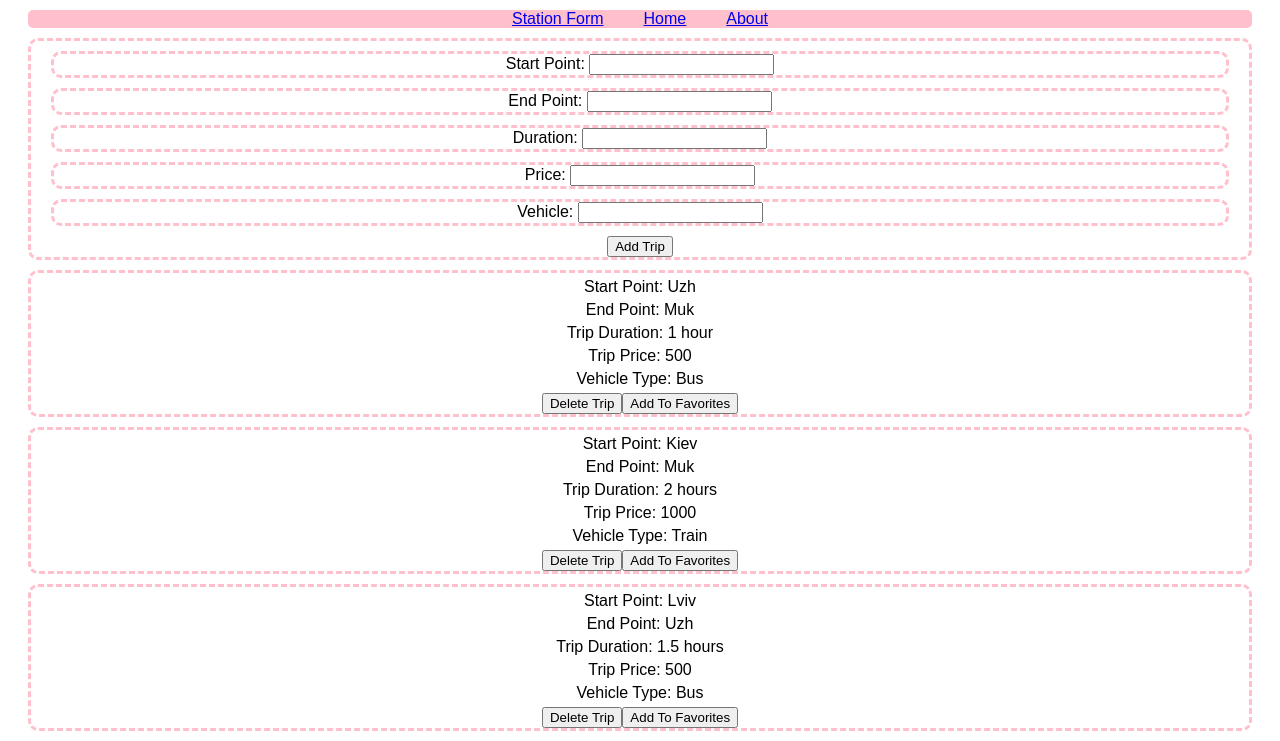
Repository: rutsguifd/mkr2
Page: /#/station-form
These files come from the project's save history. The page is drawn as it stood at one moment and after the next save; the edit follows.
The browser window is 1280 px wide. The pictures show the whole page.
The project was rebuilt for these pictures with package versions that can differ from the ones it lists, and the page was loaded fresh each time. Also part of the build but not shown: src/views/Home.vue, src/views/About.vue.

Above is the page before, as saved 2021-12-21 23:01:06.

### src/App.vue
<template>
  <div>
    <router-view />
  </div>
</template>

<script>
  export default {

  }
</script>

<style lang="scss" scoped>

</style>

### src/router/index.js
import { createRouter, createWebHashHistory } from 'vue-router'
import Home from '../views/Home.vue'
import About from '../views/About.vue'
import StationForm from '../views/StationForm.vue'


const routes = [
  {
    path: '/',
    name: 'Home',
    component: Home
  },
  {
    path: '/about',
    name: 'About',
    component: About
  },
  {
    path: '/station-form',
    name: 'StationForm',
    component: StationForm
  }
]

const router = createRouter({
  history: createWebHashHistory(),
  routes
})

export default router

### src/store/index.js
import { createStore } from 'vuex'

export default createStore({
  state: {
    tripInfo: [
      {
        id: 1,
        tripStart: "Uzh",
        tripEnd: "Muk",
        tripDuration: "1 hour",
        tripPrice: "500",
        vehicle: "Bus"
      },
      {
        id: 2,
        tripStart: "Kiev",
        tripEnd: "Muk",
        tripDuration: "2 hours",
        tripPrice: "1000",
        vehicle: "Train"
      },
      {
        id: 3,
        tripStart: "Lviv",
        tripEnd: "Uzh",
        tripDuration: "1.5 hours",
        tripPrice: "500",
        vehicle: "Bus"
      }
    ],
    favoriteTrips: []
  },
  mutations: {
    addTrip(state, trip) {
      state.tripInfo.push({
        tripStart: trip.start,
        tripEnd: trip.end,
        tripDuration: trip.dur,
        tripPrice: trip.price,
        vehicle: trip.veh
      })
    },
    deleteTrip(state, ind) {
      state.tripInfo.splice(ind, 1)
    },
    updateFavorites(state, fav) {
      state.favoriteTrips = fav
    }
  },
  actions: {
    addToFavorites(context, trip) {
      let fav = {
        id: trip.id,
        tripStart: trip.start,
        tripEnd: trip.end,
        tripDuration: trip.dur,
        tripPrice: trip.price,
        vehicle: trip.veh
      }
      context.commit("updateFavorites", fav)
      console.log(context.state.favoriteTrips)
    }
  },
  getters: {
    AllTrips(state) {
      return state.tripInfo
    },
    AllFavoriteTrips(state) {
      return state.favoriteTrips
    }
  }
})

### src/views/StationForm.vue
<template>
    <div>
        <Header />
        <AddTrip />
        <trip-card />
        <favorite-trips v-for="(trip) in AllFavoriteTrips" :key="trip.id" :trip="trip"/>
    </div>
</template>

<script>
import { mapGetters } from "vuex";
import FavoriteTrips from '../components/FavoriteTrips.vue'
import AddTrip from '../components/AddTrip.vue'
import Header from '../components/Header.vue'
import TripCard from '../components/TripCard.vue'
    export default {
        name: "StationForm",
        components: {
            TripCard,
            Header,
            AddTrip,
            FavoriteTrips
        },
        computed: mapGetters(["AllFavoriteTrips"]),
    }
</script>

<style lang="scss" scoped>
* {
  margin: 0;
  padding: 0;
  box-sizing: border-box;
  font-family: "Fira Sans", sans-serif;
}
</style>

### src/components/Header.vue
<template>
  <div class="header">
    <span><router-link to="/station-form">Station Form</router-link></span>
    <span><router-link to="/">Home</router-link></span>
    <span><router-link to="/about">About</router-link></span>
  </div>
</template>

<script>
export default {};
</script>

<style lang="scss" scoped>
.header{
    text-align: center;
    margin: 10px 20px;
    background: pink;
    border-radius: 5px;
    span{
        margin: 0px 20px;
    }
}
</style>

### src/components/AddTrip.vue
<template>
  <div class="add">
    <div>
      <label>
        Start Point:
        <input type="text" v-model="tripStart" />
      </label>
    </div>
    <div>
      <label>
        End Point:
        <input type="text" v-model="tripEnd" />
      </label>
    </div>
    <div>
      <label>
        Duration:
        <input type="text" v-model="tripDuration" />
      </label>
    </div>
    <div>
      <label>
        Price:
        <input type="text" v-model="tripPrice" />
      </label>
    </div>
    <div>
      <label>
        Vehicle:
        <input type="text" v-model="vehicle" />
      </label>
    </div>
    <button @click="add">Add Trip</button>
  </div>
</template>

<script>
import { mapMutations } from "vuex";
export default {
  data() {
    return {
      tripStart: "",
      tripEnd: "",
      tripDuration: "",
      tripPrice: "",
      vehicle: "",
    };
  },
  methods: {
    ...mapMutations(["addTrip"]),
    add() {
      this.addTrip({
        id: Date.now(),
        start: this.tripStart,
        end: this.tripEnd,
        dur: this.tripDuration,
        price: this.tripPrice,
        veh: this.vehicle,
      }),
        (this.tripStart = "");
      this.tripEnd = "";
      this.tripDuration = "";
      this.tripPrice = "";
      this.vehicle = "";
    },
  },
};
</script>

<style lang="scss" scoped>
.add {
    border: 3px dashed pink;
    border-radius: 10px;
    margin: 10px 20px;
    text-align: center;
  div {
      border: 3px dashed pink;
    border-radius: 10px;
    margin: 10px 20px;
  }
}
</style>

### src/components/TripCard.vue
<template>
  <div v-for="(trip, ind) in AllTrips" :key="trip.id">
    <div class="card">
      <div>Start Point: {{ trip.tripStart }}</div>
      <div>End Point: {{ trip.tripEnd }}</div>
      <div>Trip Duration: {{ trip.tripDuration }}</div>
      <div>Trip Price: {{ trip.tripPrice }}</div>
      <div>Vehicle Type: {{ trip.vehicle }}</div>
      <button @click="del(ind)">Delete Trip</button>
      <button @click="favorite">Add To Favorites</button>
    </div>
  </div>
</template>

<script>
import { mapMutations, mapGetters, mapActions } from "vuex";
export default {
  name: "TripCard",
  methods: {
    ...mapMutations(["deleteTrip"]),
    ...mapActions(["addToFavorites"]),
    del(ind) {
      this.deleteTrip(ind);
    },
    favorite() {
        this.addToFavorites({
        id: Date.now(),
        start: "Uzh",
        end: "Muk",
        dur: "1 hour",
        price: "500",
        veh: "Bus",
        })
    }
  },
  computed: mapGetters(["AllTrips"]),
};
</script>

<style lang="scss" scoped>
.card {
  text-align: center;
  margin: 10px 20px;
  border: 3px dashed pink;
  border-radius: 10px;
  div {
    margin: 5px 0px;
  }
}
</style>

### src/components/FavoriteTrips.vue
<template>
  <div class="fav">
    <h1>FAVORITE TRIPS</h1>
    <div>Start Point: {{ trip.tripStart }}</div>
    <div>End Point: {{ trip.tripEnd }}</div>
    <div>Trip Duration: {{ trip.tripDuration }}</div>
    <div>Trip Price: {{ trip.tripPrice }}</div>
    <div>Vehicle Type: {{ trip.vehicle }}</div>
  </div>
</template>

<script>
export default {
  name: "FavoriteTrips",
  props: ["trip"]
};
</script>

<style lang="scss" scoped>
.fav{
    margin: 10px 20px;
    text-align: center;
    border: 3px dashed pink;
    border-radius: 10px;
    h1{
        font-size: 18px;
        margin-top: 10px;
    }
}
</style>

Loaded but not shown: public/index.html (common file); src/main.js (common file)

After the next save:
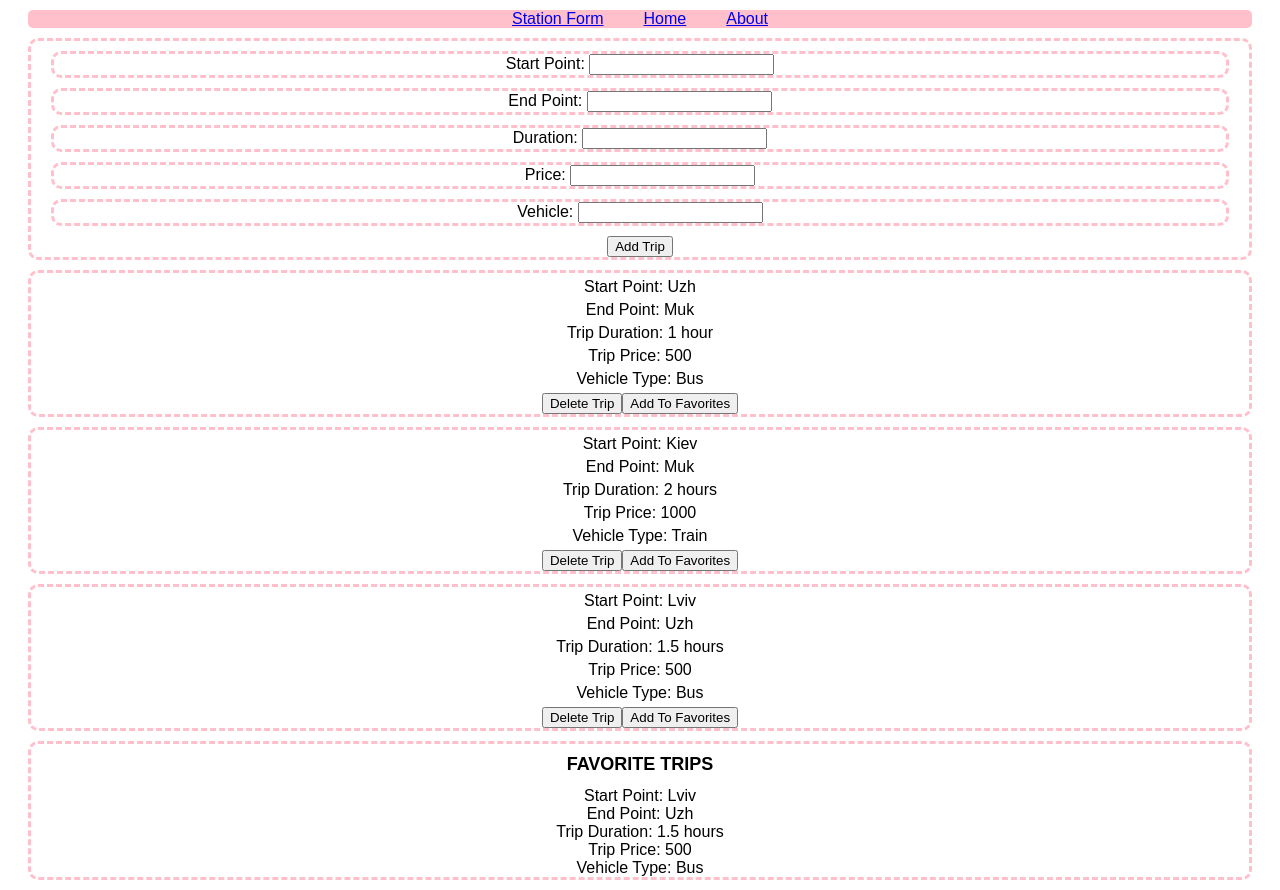
Saved 2 min 56 s later.
--- a/src/store/index.js
+++ b/src/store/index.js
@@ -28,7 +28,16 @@ export default createStore({
         vehicle: "Bus"
       }
     ],
-    favoriteTrips: []
+    favoriteTrips: [
+      {
+        id: 3,
+        tripStart: "Lviv",
+        tripEnd: "Uzh",
+        tripDuration: "1.5 hours",
+        tripPrice: "500",
+        vehicle: "Bus"
+      }
+    ]
   },
   mutations: {
     addTrip(state, trip) {
